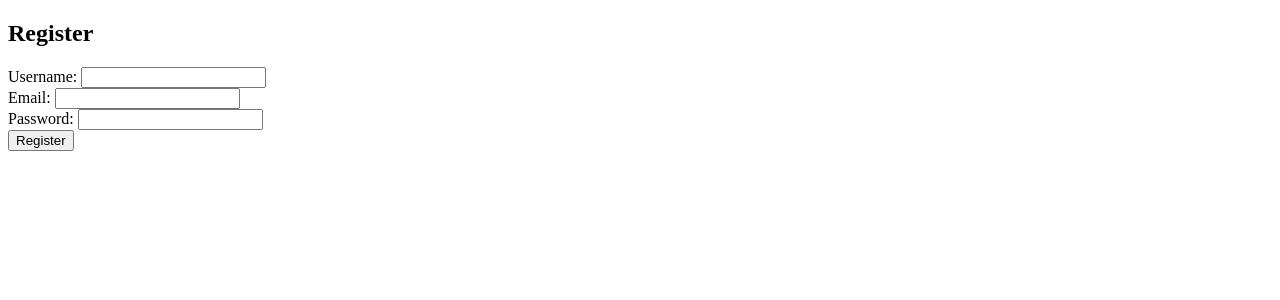
Repository: Ajay9554/javaPrograms
Page: http://localhost/loginPage/registration.jsp
An editor plug-in stored every save of this project. The page is shown before and after the next save, followed by the edit.
The browser window is 1280 px wide. The pictures show the whole page.
Empty fields were first filled with sample values (such as "Sample", 5 or name@example.com).
After loading, the first visible `#registration-form` was submitted once.
The page is served by Tomcat 9.

Above is the page before, as saved 2023-10-15 18:56:31.

After the next save:
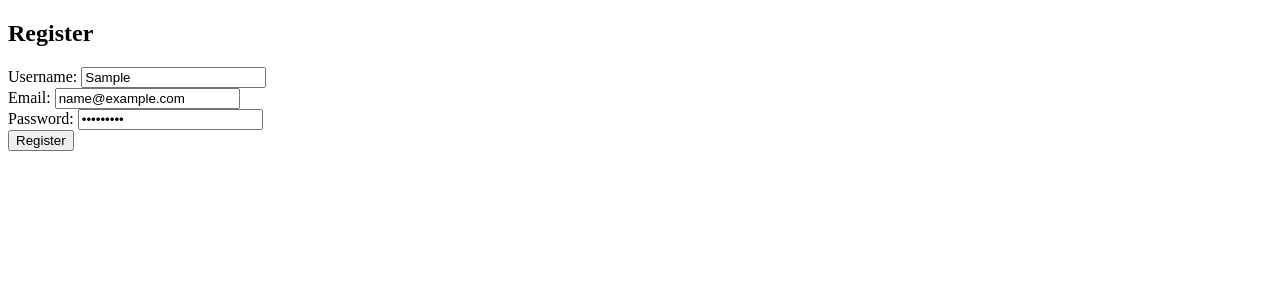
Saved 2 min 17 s later.
--- a/eclipse-workspace/aug1pro/loginPage/src/main/webapp/js/registration.js
+++ b/eclipse-workspace/aug1pro/loginPage/src/main/webapp/js/registration.js
@@ -1,20 +1,20 @@
+
+
+
 const registrationForm = document.getElementById("registration-form");
 
 registrationForm.addEventListener("submit", function (e) {
     e.preventDefault();
 
-    // Get user input
+    // You can add your registration validation logic here.
     const username = document.getElementById("username").value;
     const email = document.getElementById("email").value;
     const password = document.getElementById("password").value;
 
-    // Example: Perform registration logic
-    if (username && email && password) {
-        // You can send this data to the server for registration
+    // Example: Check if username, email, and password are valid
+    if (username.trim() === "" || email.trim() === "" || password.trim() === "") {
+        alert("Please fill in all fields.");
+    } else {
         alert("Registration successful!");
-        // Clear the form
-        registrationForm.reset();
-    } else {
-        alert("Please fill in all fields.");
     }
 });
